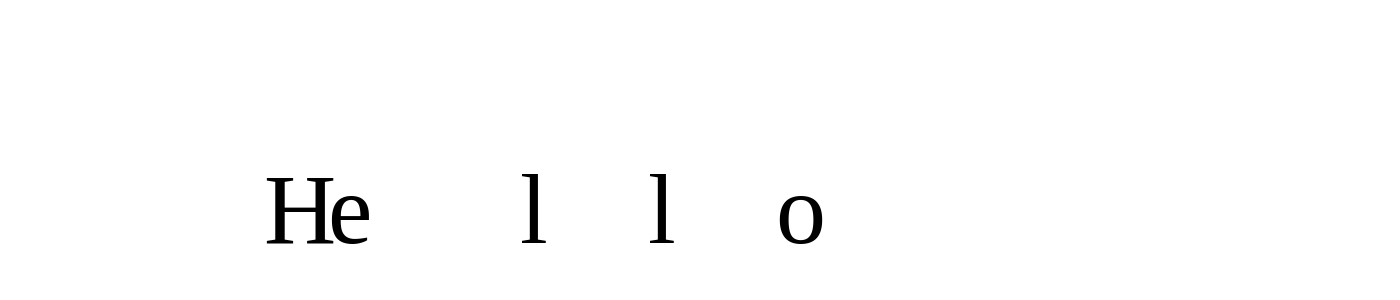
Repository: julihocc/javascript-interview-practice
Page: 01 HTML CSS/Exercise 75/index.html
These files come from the project's save history. The page is drawn as it stood at one moment and after the next save; the edit follows.
The browser window is 1280 px wide. The page is 1400 px wide, so the pictures cover 1400 px, including what lies to the right of the window. The pictures show the whole page.

Above is the page before, as saved 2022-09-30 00:23:49.

### 01 HTML CSS/Exercise 75/index.html

<!DOCTYPE html>
<!--[if lt IE 7]>      <html class="no-js lt-ie9 lt-ie8 lt-ie7"> <![endif]-->
<!--[if IE 7]>         <html class="no-js lt-ie9 lt-ie8"> <![endif]-->
<!--[if IE 8]>         <html class="no-js lt-ie9"> <![endif]-->
<!--[if gt IE 8]>      <html class="no-js"> <!--<![endif]-->
<html>
    <head>
        <meta charset="utf-8">
        <meta http-equiv="X-UA-Compatible" content="IE=edge">
        <title></title>
        <meta name="description" content="">
        <meta name="viewport" content="width=device-width, initial-scale=1">
        <link rel="stylesheet" href="./style.css">
    </head>
    <body>
        <div class="wrapper">
            <div class="letter" id="l1">H</div>
            <div class="letter" id="l2">e</div>
            <div class="letter" id="l3">l</div>
            <div class="letter" id="l4">l</div>
            <div class="letter" id="l5">o</div>
        </div>
        <script src="" async defer></script>
    </body>
</html>

### 01 HTML CSS/Exercise 75/style.css
.wrapper {
    position: relative;
    left: 10vw;
    /* font-size:  100px; */
}

.letter{
    position: absolute;
    font-size: 100px;
    top: 20vh;
}

.letter:hover {
    position: absolute;
    font-size: 300px;
    top: 5vh;
}

#l1, #l1:hover {
    left: 10vw;
}

#l2, #l2:hover {
    left: 15vw;
}

#l3, #l3:hover {
    left: 30vw;
}

#l4, #l4:hover {
    left: 40vw;
}

#l5, #l5:hover {
    left: 50vw;
}

After the next save:
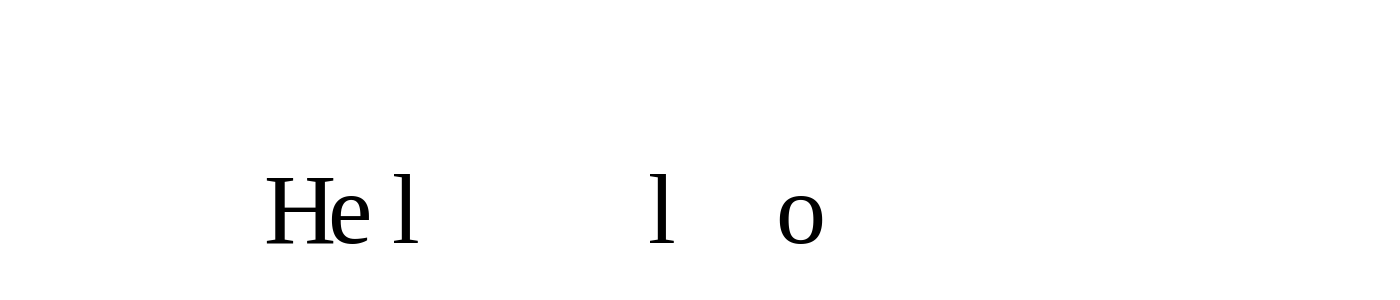
Saved 3 s later.
--- a/01 HTML CSS/Exercise 75/style.css
+++ b/01 HTML CSS/Exercise 75/style.css
@@ -25,7 +25,7 @@
 }
 
 #l3, #l3:hover {
-    left: 30vw;
+    left: 20vw;
 }
 
 #l4, #l4:hover {
